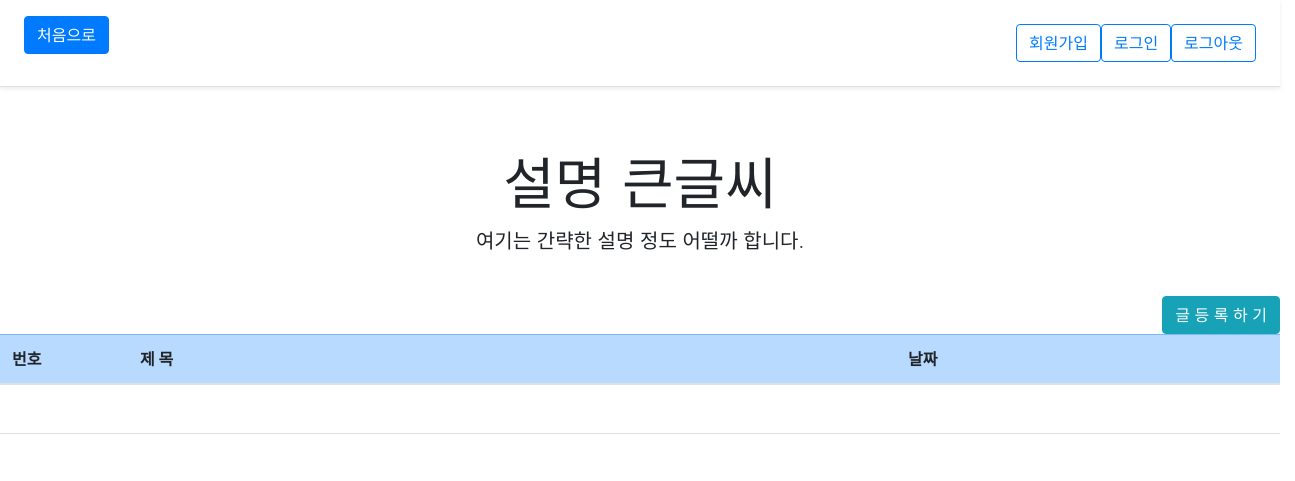
Repository: SettingRhino/innogleantmanager
Page: http://localhost/antmanager/WEB-INF/views/diary.jsp
An editor plug-in stored every save of this project. The page is shown before and after the next save, followed by the edit.
The browser window is 1280 px wide. The page is 1295 px wide, so the pictures cover 1295 px, including what lies to the right of the window. The pictures show the whole page.
The page is served by Tomcat 9. Nobody is signed in. Other server files are loaded and not shown. The template is opened directly, without the code that normally fills it, so the values that code supplies are empty.

Above is the page before, as saved 2020-06-09 02:37:02.

### antmanager/src/main/webapp/WEB-INF/views/diary.jsp
<%@ page language="java" contentType="text/html; charset=UTF-8"
	pageEncoding="UTF-8"%>
<%@ taglib uri="http://java.sun.com/jsp/jstl/core" prefix="c"%>

<!doctype html>
<html>
<head>
<meta charset="utf-8">
<meta name="viewport"
	content="width=device-width, initial-scale=1, shrink-to-fit=no">
<meta name="description" content="">
<meta name="author"
	content="Mark Otto, Jacob Thornton, and Bootstrap contributors">
<meta name="generator" content="Jekyll v4.0.1">
<title>Pricing example · Bootstrap</title>

<link rel="canonical"
	href="https://getbootstrap.com/docs/4.5/examples/pricing/">

<link rel="stylesheet"
	href="https://stackpath.bootstrapcdn.com/bootstrap/4.4.1/css/bootstrap.min.css"
	integrity="sha384-Vkoo8x4CGsO3+Hhxv8T/Q5PaXtkKtu6ug5TOeNV6gBiFeWPGFN9MuhOf23Q9Ifjh"
	crossorigin="anonymous">

<style>
.bd-placeholder-img {
	font-size: 1.125rem;
	text-anchor: middle;
	-webkit-user-select: none;
	-moz-user-select: none;
	-ms-user-select: none;
	user-select: none;
}

@media ( min-width : 768px) {
	.bd-placeholder-img-lg {
		font-size: 3.5rem;
	}
}
</style>
<!-- Custom styles for this template -->

<link href="<c:url value="/resources/css/pricing.css"/>"
	rel="stylesheet">
</head>
<body>
	<div
		class="d-flex flex-column flex-md-row align-items-center p-3 px-md-4 mb-3 bg-white border-bottom shadow-sm">
		<h5 class="my-0 mr-md-auto font-weight-normal">
			<p align="center">
				<a href="<c:url value="/"/>" class="btn btn-primary" role="button">처음으로</a>
			</p>
		</h5>
		<nav class="my-2 my-md-0 mr-md-3"></nav>

		<a class="btn btn-outline-primary"href="<c:url value="/user/signup"/>">회원가입</a>
		<a class="btn btn-outline-primary" href="<c:url value="/login"/>">로그인</a>
		<a class="btn btn-outline-primary" href="<c:url value="/logout"/>">로그아웃</a>
	</div>

	<div
		class="pricing-header px-3 py-3 pt-md-5 pb-md-4 mx-auto text-center">
		<h1 class="display-4">설명 큰글씨</h1>
		<p class="lead">여기는 간략한 설명 정도 어떨까 합니다.</p>
	</div>
	<div class="row">
		<div class="col-lg-4"></div>
		<div class="col-lg-4"></div>
		<div class="col-lg-4" align="right">
			<a href="<c:url value="/diary/edit"/>" class="btn btn-info" role="button">글 등 록 하 기</a>
		</div>
	</div>
	<table class="table">
		<thead>
			<tr class="table-primary">
				<th style="width: 10%">번호</th>
				<th style="width: 60%">제 목</th>
				<th style="width: 20%">날짜</th>
				<th style="width: 10%"></th>
			</tr>
		</thead>

		<tbody>
			<c:forEach var="diary" items="${diarys}">
				<tr>
					<td>${diary.id}</td>
					<td><a
						href="<c:url value="/diary/viewItem?user=${diary.user}&id=${diary.id}"/>">${diary.title}</a></td>
					<td>${diary.date}</td>
					<td><a href="<c:url value="/diary/delete?id=${diary.id}"/>"
						class="btn btn-info" role="button">삭제하기</a></td>
				</tr>
			</c:forEach>
		</tbody>
	</table>
	<footer class="pt-4 my-md-5 pt-md-5 border-top"> </footer>

</body>
</html>

### antmanager/src/main/webapp/resources/css/pricing.css
@charset "UTF-8";
html {
  font-size: 14px;
}
@media (min-width: 768px) {
  html {
    font-size: 16px;
  }
}

.container {
  max-width: 960px;
}

.pricing-header {
  max-width: 700px;
}

.card-deck .card {
  min-width: 220px;
}

After the next save:
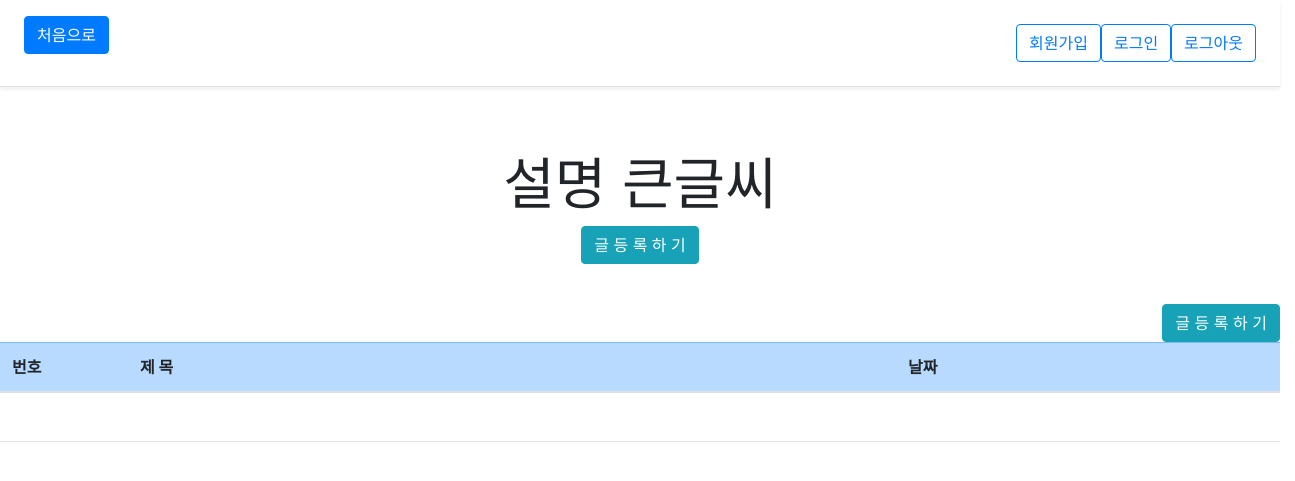
Saved 55 s later.
--- a/antmanager/src/main/webapp/WEB-INF/views/diary.jsp
+++ b/antmanager/src/main/webapp/WEB-INF/views/diary.jsp
@@ -61,7 +61,7 @@
 	<div
 		class="pricing-header px-3 py-3 pt-md-5 pb-md-4 mx-auto text-center">
 		<h1 class="display-4">설명 큰글씨</h1>
-		<p class="lead">여기는 간략한 설명 정도 어떨까 합니다.</p>
+		<p class="lead"><a href="<c:url value="/diary/edit"/>" class="btn btn-info" role="button">글 등 록 하 기</a></p>
 	</div>
 	<div class="row">
 		<div class="col-lg-4"></div>
